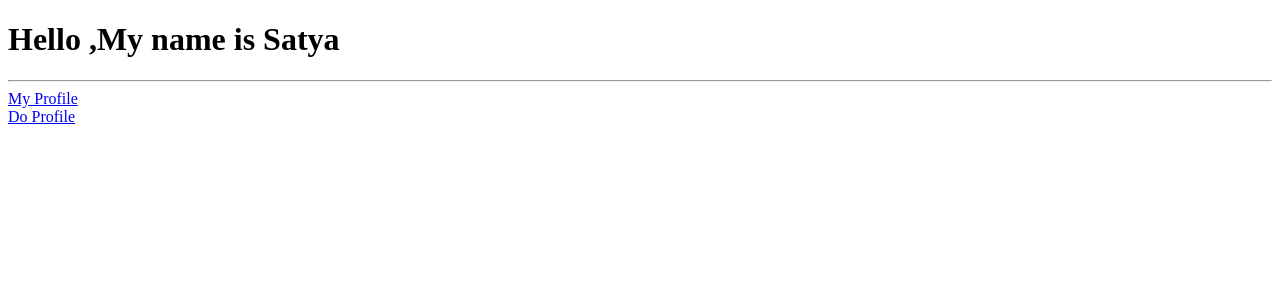
Repository: theplaygod97/Deloitte
Page: Day 16/SpringMVCDemo1/WebContent/index.html
The author's editor kept a copy of each file at every save. The page is drawn from the files as they stood at one save, then again after the next save.
The browser window is 1280 px wide. The pictures show the whole page.

Above is the page before, as saved 2020-01-13 09:19:06.

### Day 16/SpringMVCDemo1/WebContent/index.html
<!DOCTYPE html>
<html>
<head>
<meta charset="ISO-8859-1">
<title>Insert title here</title>
</head>
<body>
<h1>Hello ,My name is Satya</h1>
<hr>
<a href="profile.html">My Profile</a>
<br/>
<a href="profile.do">Do Profile</a>
</body>
</html>

After the next save:
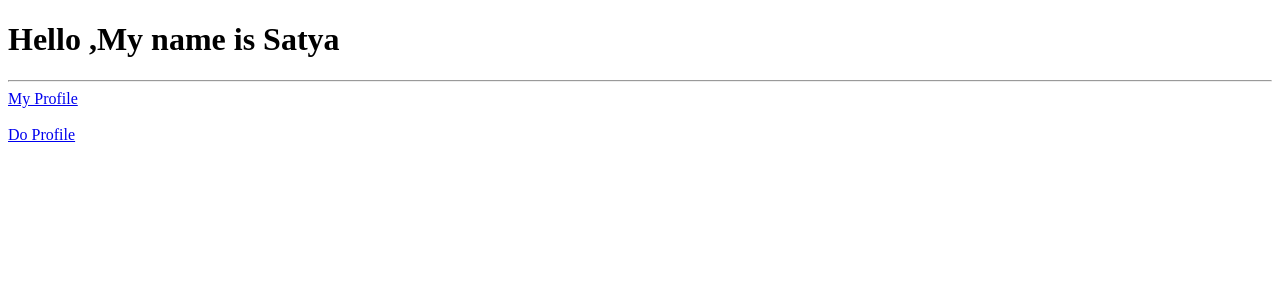
Saved 12 s later.
--- a/Day 16/SpringMVCDemo1/WebContent/index.html
+++ b/Day 16/SpringMVCDemo1/WebContent/index.html
@@ -8,7 +8,7 @@
 <h1>Hello ,My name is Satya</h1>
 <hr>
 <a href="profile.html">My Profile</a>
-<br/>
+<br/><br/>
 <a href="profile.do">Do Profile</a>
 </body>
 </html>
